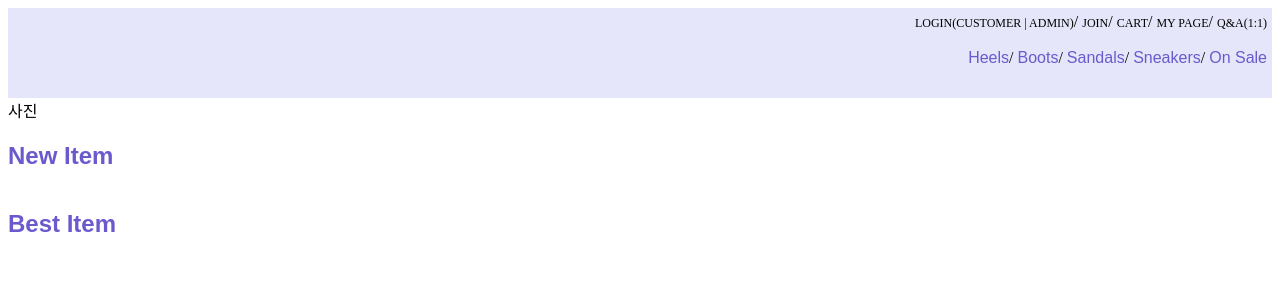
Repository: taeeun2/java_web
Page: http://localhost/webapp/Shopingmall/member/index.jsp
The author's editor kept a copy of each file at every save. The page is drawn from the files as they stood at one save, then again after the next save.
The browser window is 1280 px wide. The pictures show the whole page.
Some web fonts or font styles are not loaded; a fallback is used. The page is served by Tomcat 9.

Above is the page before, as saved 2021-09-30 09:12:46.

After the next save:
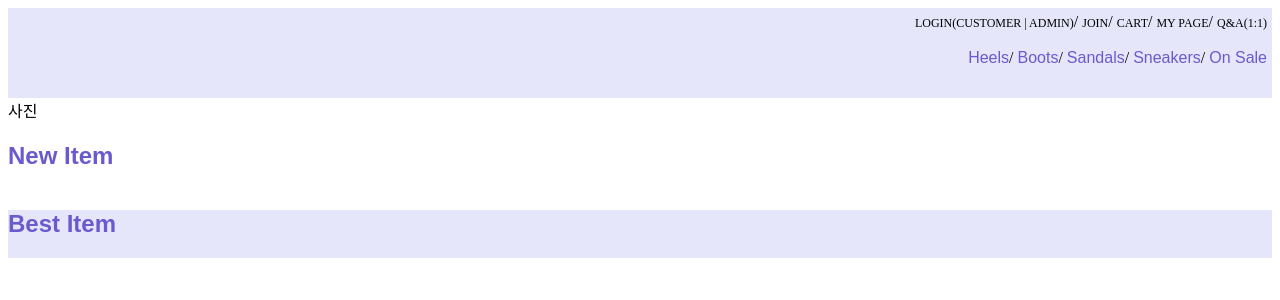
Saved 2 min 14 s later.
--- a/webapp/WebContent/Shopingmall/member/index.jsp
+++ b/webapp/WebContent/Shopingmall/member/index.jsp
@@ -45,7 +45,7 @@
 </div>
 
 
-<div>
+<div style="background-color:lavender">
 <h2>Best Item</h2>
 
 	<c:set var = "bestProductList" value = "${requestScope.bestProductList}"></c:set>
